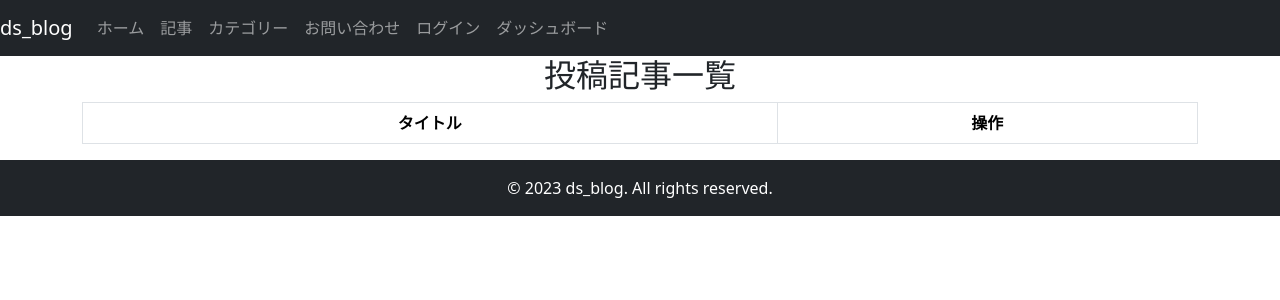
Repository: a-yama100/ds_blog
Page: / (app in frontend/)
These files come from the project's save history. The page is drawn as it stood at one moment and after the next save; the edit follows.
The browser window is 1280 px wide. The pictures show the whole page.
The page's requests for data from a server got no answer. The project was rebuilt for these pictures with package versions that can differ from the ones it lists, and the page was loaded fresh each time. A package was used in the major version that the imports need, not the one package.json lists. No one was signed in, and anything a server would have sent is missing. Also part of the build but not shown: frontend/src/components/Login.js, frontend/src/components/Dashboard.js, frontend/src/components/RichTextEditor.js, frontend/src/components/ArticleCreate.js, frontend/src/components/CategoryList.js, frontend/src/components/AddCategory.js, frontend/src/components/EditProfile.js.

Above is the page before, as saved 2023-10-03 07:40:54.

### frontend/src/index.js
// E:\programming\Project\ds_blog\frontend\src\index.js

import React from 'react';
import ReactDOM from 'react-dom/client';
import './index.css';
import App from './App';
import reportWebVitals from './reportWebVitals';
import 'bootstrap/dist/css/bootstrap.min.css';

const root = ReactDOM.createRoot(document.getElementById('root'));
root.render(
  <React.StrictMode>
    <App />
  </React.StrictMode>
);

reportWebVitals();

### frontend/src/App.js
// E:\programming\Project\ds_blog\frontend\src\App.js

import './App.css';
import React from 'react';
import Header from './components/Header';
import Footer from './components/Footer';
import Login from './components/Login';
import Dashboard from './components/Dashboard';
import ArticleCreate from './components/ArticleCreate';
import ArticleList from './components/ArticleList';
import CategoryList from './components/CategoryList';
import AddCategory from './components/AddCategory';
import EditProfile from './components/EditProfile';
import { BrowserRouter as Router, Route, Switch } from 'react-router-dom';
import { Link } from 'react-router-dom';

function App() {
  return (
    <div className="App">
      <Router>
        <Header />
        <Switch>
          <Route path="/" exact component={ArticleList} />
          <Route path="/login" component={Login} />
          <Route path="/dashboard" component={Dashboard} />
          <Route path="/create-article" component={ArticleCreate} />
          <Route path="/articles" component={ArticleList} />
          <Route path="/categories" component={CategoryList} />
          <Route path="/add-category" component={AddCategory} />
          <Route path="/edit-profile" component={EditProfile} />
          {/* 他のルーティングもこちらに追加してください */}
        </Switch>
        <Footer />
      </Router>
    </div>
  );
}

export default App;

### frontend/src/components/Header.js
// E:\programming\Project\ds_blog\frontend\src\components\Header.js

import React from 'react';
import { Navbar, Nav } from 'react-bootstrap';

const Header = () => {
    return (
        <Navbar bg="dark" variant="dark" expand="lg">
            <Navbar.Brand href="/">ds_blog</Navbar.Brand>
            <Navbar.Toggle aria-controls="basic-navbar-nav" />
            <Navbar.Collapse id="basic-navbar-nav">
                <Nav className="mr-auto">
                    <Nav.Link href="/">ホーム</Nav.Link>
                    <Nav.Link href="/articles">記事</Nav.Link>
                    <Nav.Link href="/categories">カテゴリー</Nav.Link>
                    <Nav.Link href="/contact">お問い合わせ</Nav.Link>
                </Nav>
                <Nav className="ml-auto">
                    <Nav.Link href="/login">ログイン</Nav.Link>
                    <Nav.Link href="/dashboard">ダッシュボード</Nav.Link>
                </Nav>
            </Navbar.Collapse>
        </Navbar>
    );
}

export default Header;

### frontend/src/components/Footer.js
// E:\programming\Project\ds_blog\frontend\src\components\Footer.js

import React from 'react';

const Footer = () => {
    return (
        <footer className="text-center py-3 bg-dark text-white">
            &copy; 2023 ds_blog. All rights reserved.
        </footer>
    );
}

export default Footer;

### frontend/src/components/ArticleList.js
// E:\programming\Project\ds_blog\frontend\src\components\ArticleList.js

import React, { useState, useEffect } from 'react';
import { Table, Container } from 'react-bootstrap';

const ArticleList = () => {
    const [articles, setArticles] = useState([]);
    const token = localStorage.getItem('token'); // トークンを取得

    useEffect(() => {
        const fetchArticles = async () => {
            try {
                const response = await fetch('/articles', {
                    headers: {
                        'Authorization': `Bearer ${token}` // トークンをヘッダーに添付
                    }
                });
                const data = await response.json();
                setArticles(data);
            } catch (error) {
                console.error("エラー:", error);
            }
        }
        fetchArticles();
    }, [token]);

    return (
        <Container>
            <h2>投稿記事一覧</h2>
            <Table striped bordered hover>
                <thead>
                    <tr>
                        <th>タイトル</th>
                        <th>操作</th>
                    </tr>
                </thead>
                <tbody>
                    {articles.map(article => (
                        <tr key={article.id}>
                            <td>{article.title}</td>
                            <td>
                                <a href={`/articles/${article.id}/edit`}>編集</a> |
                                <a href={`/articles/${article.id}/delete`}>削除</a>
                            </td>
                        </tr>
                    ))}
                </tbody>
            </Table>
        </Container>
    );
}

export default ArticleList;

Loaded but not shown: frontend/public/index.html (common file); frontend/src/index.css (common file); frontend/src/reportWebVitals.js (common file); frontend/src/App.css (common file)

After the next save:
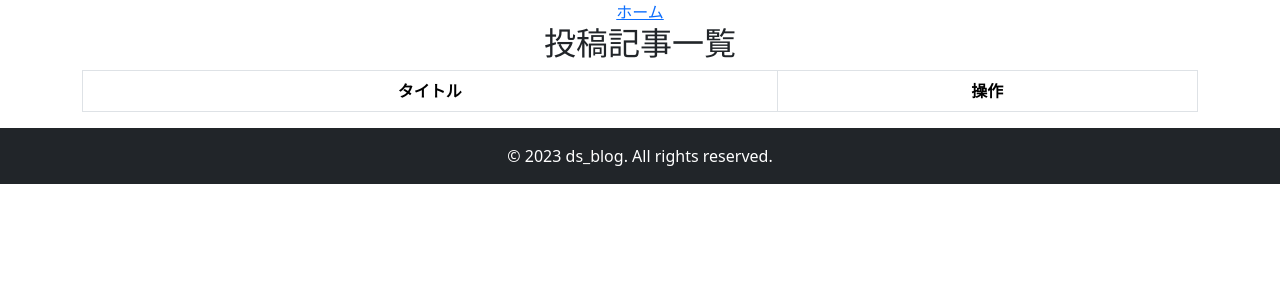
Saved 19 s later.
--- a/frontend/src/App.js
+++ b/frontend/src/App.js
@@ -18,7 +18,8 @@
   return (
     <div className="App">
       <Router>
-        <Header />
+      <Link to="/">ホーム</Link>
+
         <Switch>
           <Route path="/" exact component={ArticleList} />
           <Route path="/login" component={Login} />
